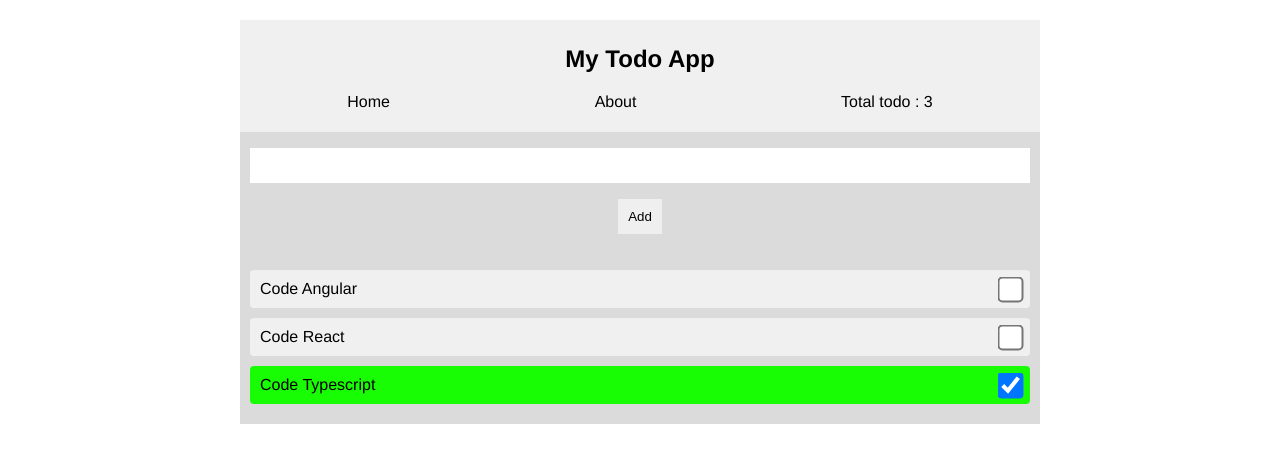
Repository: DTien93/Todo-Typescript
Page: / (app in my-app/)
These files come from the project's save history. The page is drawn as it stood at one moment and after the next save; the edit follows.
The browser window is 1280 px wide. The pictures show the whole page.
The project was rebuilt for these pictures with package versions that can differ from the ones it lists, and the page was loaded fresh each time. Imported but missing from the stored project, and not drawn on this page: my-app/src/serviceWorker.

Above is the page before, as saved 2021-10-16 22:18:45.

After the next save:
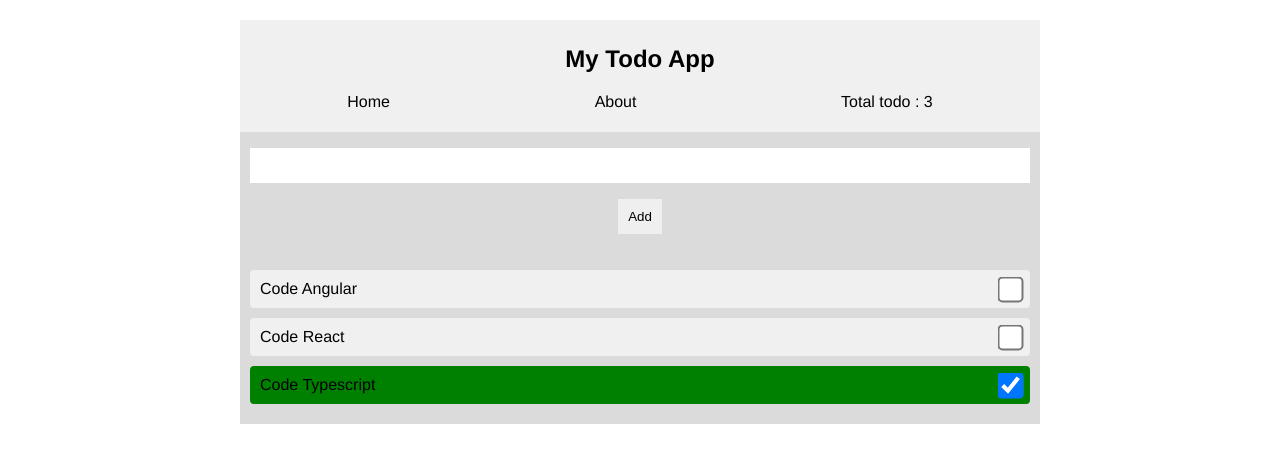
Saved 12 s later.
--- a/my-app/src/App.css
+++ b/my-app/src/App.css
@@ -23,7 +23,7 @@
  }
 
  .todo-list li.completed {
-  background: rgb(24, 252, 4);
+  background: green;
  }
 
  .todo-list li button {
